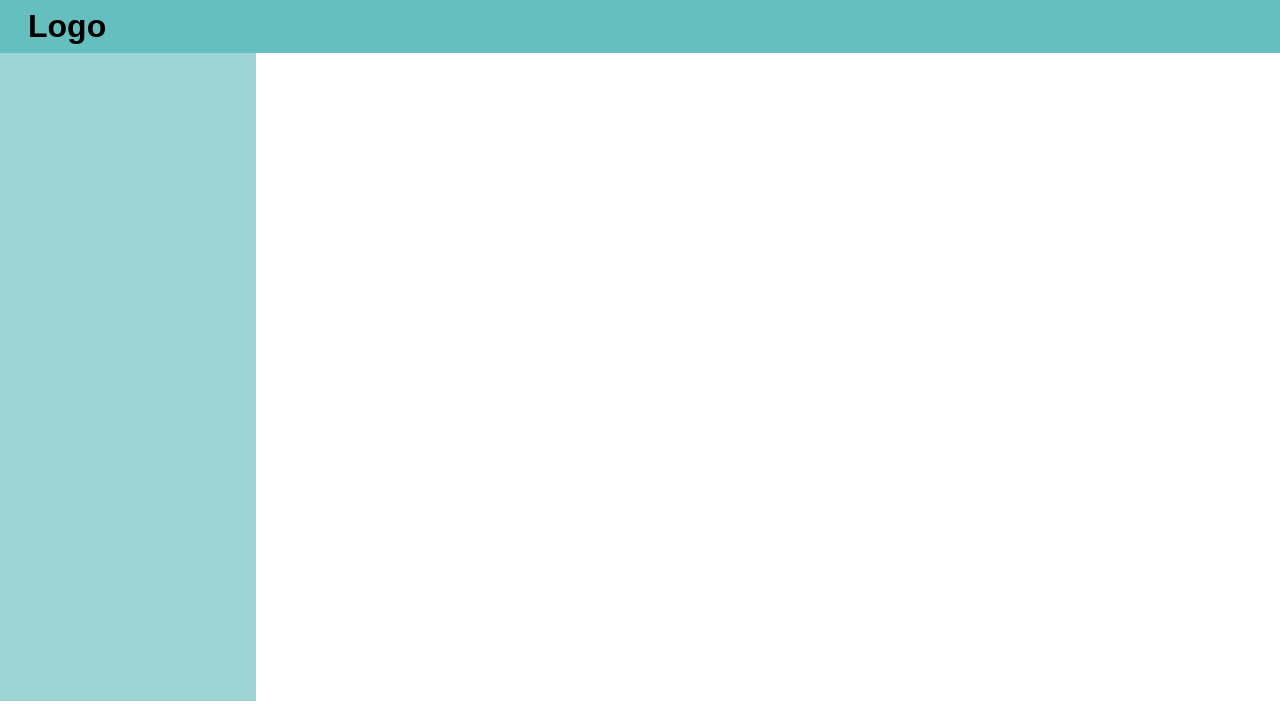
Repository: mateus-henrique-silva/Dashboard-pixel-facebook-react
Page: / (app in dashboard-pixel/)
An editor plug-in stored every save of this project. The page is shown before and after a run of saves, followed by the edit.
The browser window is 1280 px wide. The pictures show the whole page.
The project was rebuilt for these pictures with package versions that can differ from the ones it lists, and the page was loaded fresh each time.

Above is the page before, as saved 2022-07-07 17:07:50.

### dashboard-pixel/src/index.js
import React from "react";
import ReactDOM from "react-dom/client";

import App from "./App";
import reportWebVitals from "./reportWebVitals";

const root = ReactDOM.createRoot(document.getElementById("root"));
root.render(
  <React.StrictMode>
    <App />
  </React.StrictMode>
);

reportWebVitals();

### dashboard-pixel/src/App.jsx
import React from "react";
import Main from "./Components/MainPage/Main";



function App() {
  return (
    <div >
        <Main/>


    </div>
  );
}

export default App;

### dashboard-pixel/src/Components/MainPage/Main.jsx
import React from 'react'
import './Main.css'
import Header from '../Header/Header'
import SideBar from "../SideBar/SideBar"

const Main = () => {
  return (
    <div className="Main">
        <Header/>
        <SideBar/>
    </div>
  )
}

export default Main

### dashboard-pixel/src/Components/MainPage/Main.css
* {
  border: 0;
  margin: 0;
  font-family: sans-serif;
}

.Main {
  width: 100%;
  height: 100vh;
}
.startHeader{
    width: 100%;
    display: flex;
    justify-content: center;
}

### dashboard-pixel/src/Components/Header/Header.jsx
import React from 'react'
import "./Header.css"

const Header = () => {
  return (
    <div className="startHeader">

        <div className="Header">
            <h1>Logo</h1>
        </div>

    </div>
  )
}

export default Header

### dashboard-pixel/src/Components/SideBar/SideBar.jsx
import React from 'react'
import "./SideBar.css"

const SideBar = () => {
  return (
    <div>
        <div className="div-sidebar" ></div>
    </div>
  )
}

export default SideBar

### dashboard-pixel/src/Components/Header/Header.css
.Header{
    width: 99vw;
    padding: 0.5em 0.5em ;
    background-color:#66BFBF;
    display:flex;
    align-items:center;
    position:F

}

.Header h1{
    margin-left: 20px;
}

### dashboard-pixel/src/Components/SideBar/SideBar.css
.div-sidebar{
    height:90vh;
    width:20vw;
    background-color:#9fd4d4;
}

Loaded but not shown: dashboard-pixel/public/index.html (common file); dashboard-pixel/src/reportWebVitals.js (common file)

After the next 5 saves:
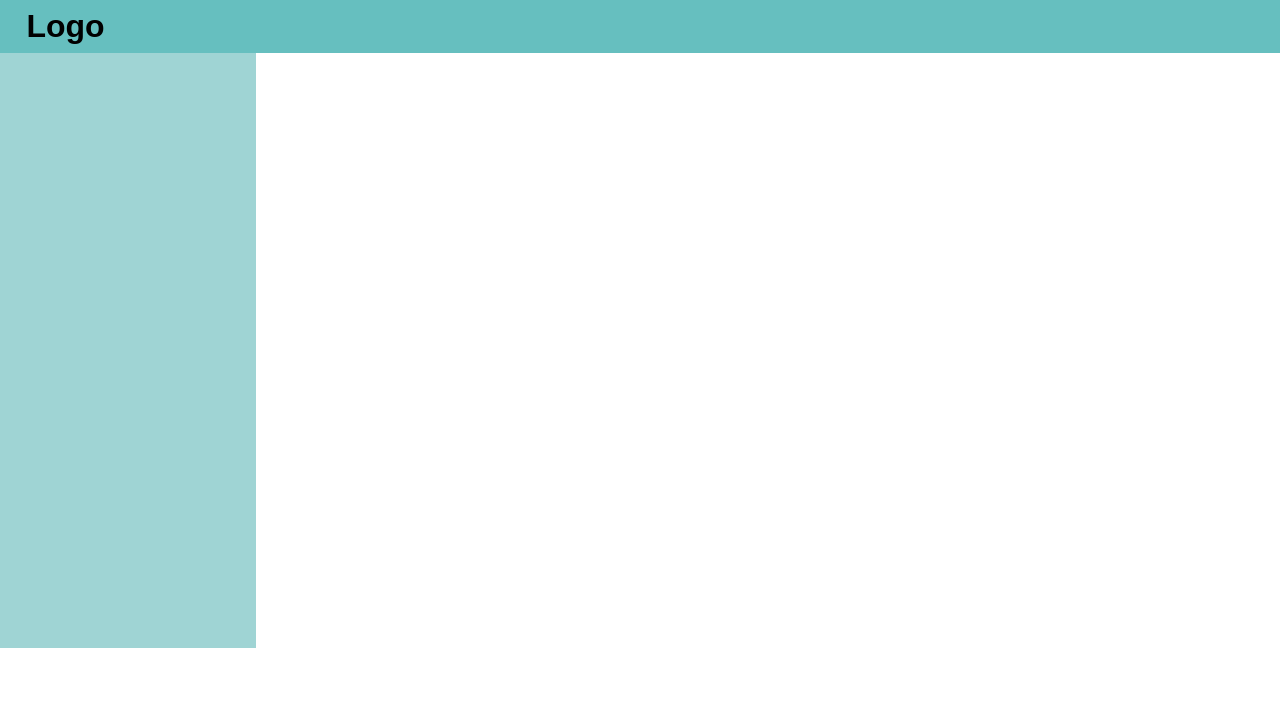
The 5 saves are shown as one change because they came seconds apart.
The last was saved 11 s later.
--- a/dashboard-pixel/src/Components/Header/Header.css
+++ b/dashboard-pixel/src/Components/Header/Header.css
@@ -4,7 +4,8 @@
     background-color:#66BFBF;
     display:flex;
     align-items:center;
-    position:F
+    position:fixed;
+
 
 }
 
